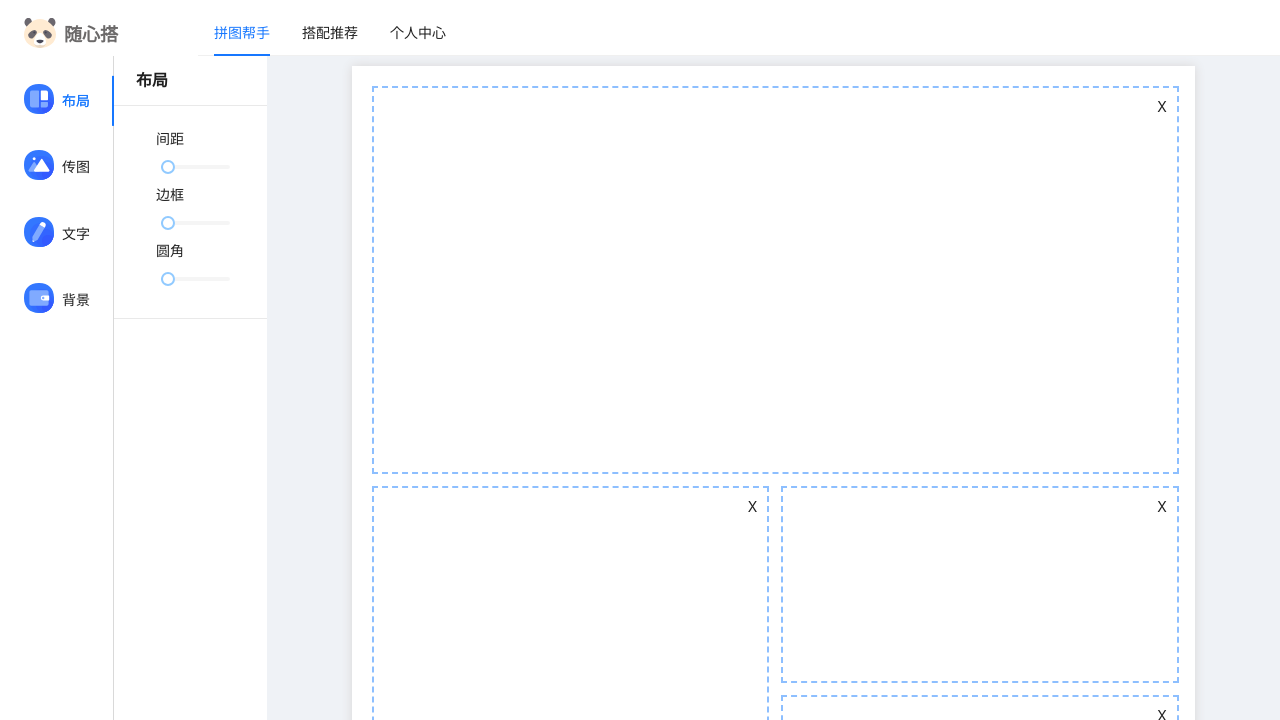
Repository: zzq1101921989/low-code
Page: /
These files come from the project's save history. The page is drawn as it stood at one moment and after the next save; the edit follows.
The browser window is 1280 px wide. The pictures show the whole page.
The project was rebuilt for these pictures with package versions that can differ from the ones it lists, and the page was loaded fresh each time. Also part of the build but not shown: vite.config.ts, src/pages/admin/index.tsx, src/components/icon/ClothesIcon.tsx, src/components/icon/HairIcon.tsx, src/components/icon/PantsIcon.tsx, src/components/icon/ShoeIcon.tsx, src/pages/recommend/index.tsx.

Above is the page before, as saved 2023-05-08 21:56:48.

After the next save:
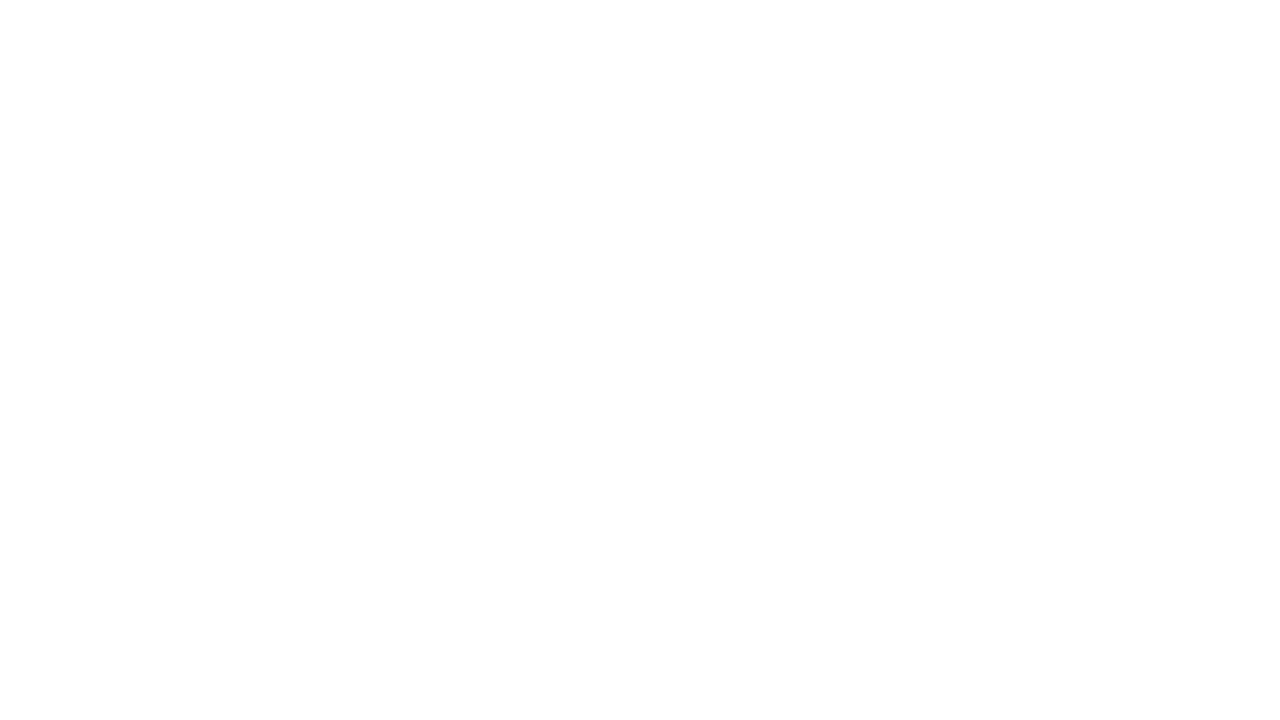
Console error (its wording comes from the project's code and is left out).
Saved 58 s later.
--- a/src/pages/home/components/ItemBox/index.tsx
+++ b/src/pages/home/components/ItemBox/index.tsx
@@ -9,7 +9,9 @@
   const {  } = props;
   return (
     <div className={styles.itemBox}>
-      <span className={styles.close}>X</span>
+      <span className={styles.close}>
+      <svg version="1.1" id="图层_1" xmlns="http://www.w3.org/2000/svg" xmlns:xlink="http://www.w3.org/1999/xlink" x="0px" y="0px" viewBox="0 0 16 16"><path d="M11.8,1.6l-0.7,0.7L7.8,5.6L4.6,2.3L3.9,1.6L3.1,2.3L2,3.4L1.3,4.1L2,4.8l3.3,3.3L2,11.4l-0.7,0.7L2,12.8 L3.1,14l0.7,0.7L4.6,14l3.3-3.3l3.3,3.3l0.7,0.7l0.7-0.7l1.1-1.1l0.7-0.7l-0.7-0.7l-3.3-3.3l3.3-3.3l0.7-0.7l-0.7-0.7l-1.1-1.1 L11.8,1.6L11.8,1.6z" style="opacity: 0.9; fill: rgb(255, 255, 255);"></path> <g><polygon points="13,4.1 11.8,3 7.8,7 3.9,3 2.7,4.1 6.7,8.1 2.7,12.1 3.9,13.3 7.8,9.3 11.8,13.3 13,12.1 9,8.1 	"></polygon></g></svg>
+      </span>
     </div>
   );
 };

After the save that followed:
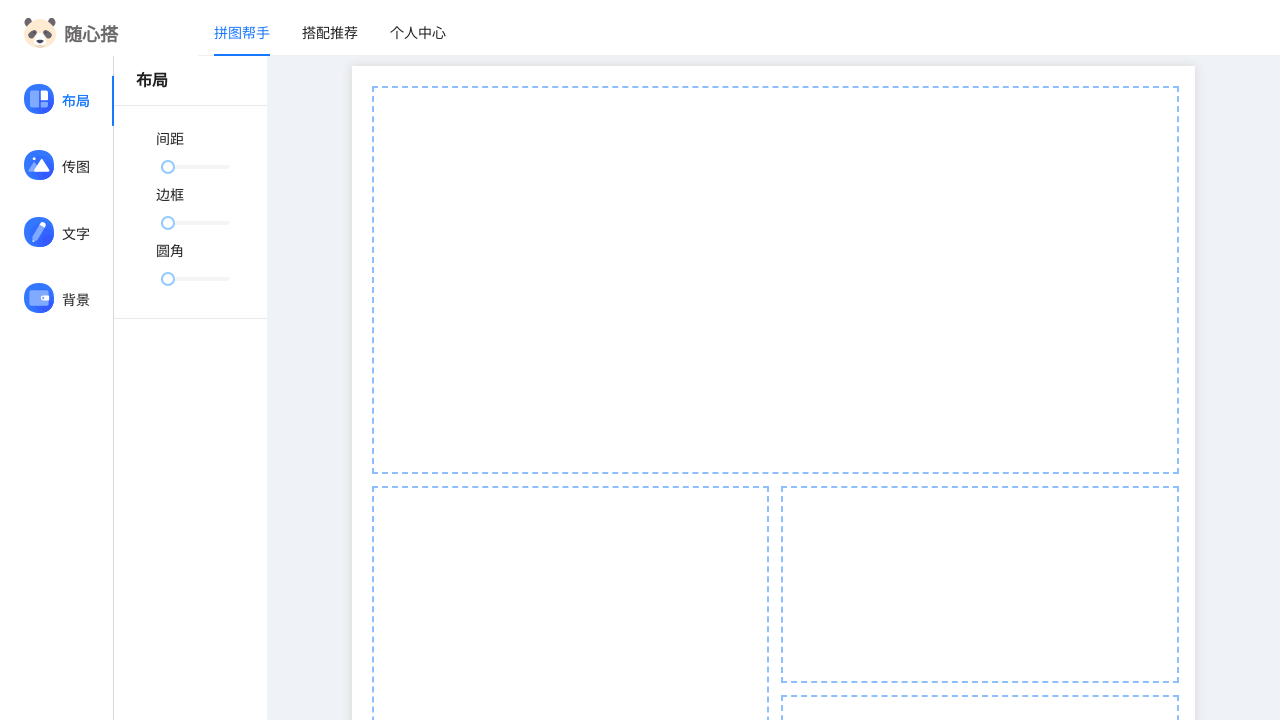
The error is gone.
Saved 99 s later.
--- a/src/pages/home/components/ItemBox/index.tsx
+++ b/src/pages/home/components/ItemBox/index.tsx
@@ -1,16 +1,33 @@
 import type { FC } from "react";
 import { memo } from "react";
-import styles from './index.module.less';
+import styles from "./index.module.less";
 
-interface ItemBoxProps {
-
-}
+interface ItemBoxProps {}
 const ItemBox: FC<ItemBoxProps> = (props) => {
-  const {  } = props;
+  const {} = props;
   return (
     <div className={styles.itemBox}>
       <span className={styles.close}>
-      <svg version="1.1" id="图层_1" xmlns="http://www.w3.org/2000/svg" xmlns:xlink="http://www.w3.org/1999/xlink" x="0px" y="0px" viewBox="0 0 16 16"><path d="M11.8,1.6l-0.7,0.7L7.8,5.6L4.6,2.3L3.9,1.6L3.1,2.3L2,3.4L1.3,4.1L2,4.8l3.3,3.3L2,11.4l-0.7,0.7L2,12.8 L3.1,14l0.7,0.7L4.6,14l3.3-3.3l3.3,3.3l0.7,0.7l0.7-0.7l1.1-1.1l0.7-0.7l-0.7-0.7l-3.3-3.3l3.3-3.3l0.7-0.7l-0.7-0.7l-1.1-1.1 L11.8,1.6L11.8,1.6z" style="opacity: 0.9; fill: rgb(255, 255, 255);"></path> <g><polygon points="13,4.1 11.8,3 7.8,7 3.9,3 2.7,4.1 6.7,8.1 2.7,12.1 3.9,13.3 7.8,9.3 11.8,13.3 13,12.1 9,8.1 	"></polygon></g></svg>
+        <svg
+          version="1.1"
+          id="图层_1"
+          xmlns="http://www.w3.org/2000/svg"
+          xmlnsXlink="http://www.w3.org/1999/xlink"
+          x="0px"
+          y="0px"
+          viewBox="0 0 16 16"
+        >
+          <path
+            d="M11.8,1.6l-0.7,0.7L7.8,5.6L4.6,2.3L3.9,1.6L3.1,2.3L2,3.4L1.3,4.1L2,4.8l3.3,3.3L2,11.4l-0.7,0.7L2,12.8 L3.1,14l0.7,0.7L4.6,14l3.3-3.3l3.3,3.3l0.7,0.7l0.7-0.7l1.1-1.1l0.7-0.7l-0.7-0.7l-3.3-3.3l3.3-3.3l0.7-0.7l-0.7-0.7l-1.1-1.1 L11.8,1.6L11.8,1.6z"
+            style={{
+              opacity: 0.9,
+              fill: "rgb(255, 255, 255)",
+            }}
+          ></path>{" "}
+          <g>
+            <polygon points="13,4.1 11.8,3 7.8,7 3.9,3 2.7,4.1 6.7,8.1 2.7,12.1 3.9,13.3 7.8,9.3 11.8,13.3 13,12.1 9,8.1 	"></polygon>
+          </g>
+        </svg>
       </span>
     </div>
   );
